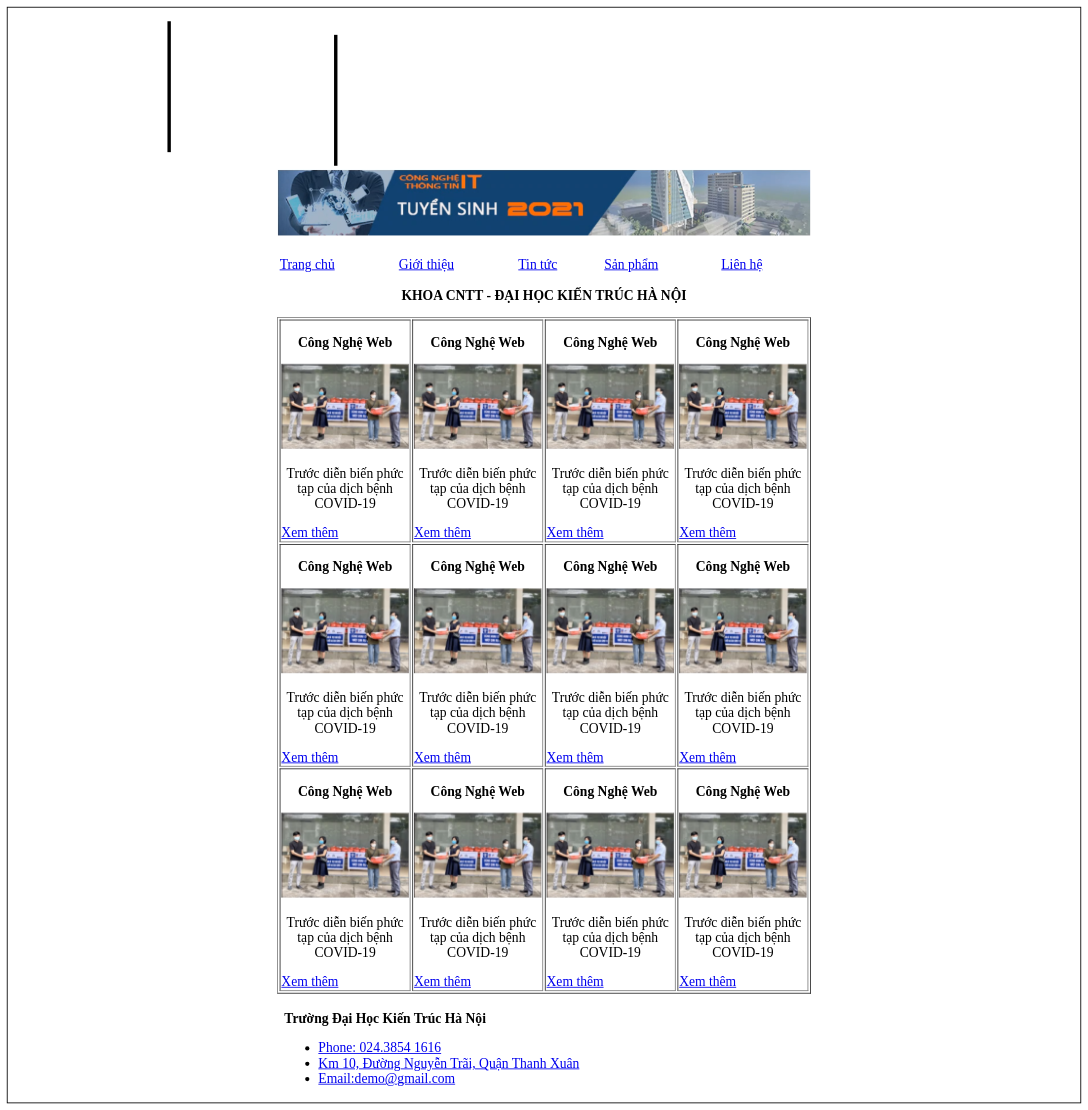
Repository: longtn213/Frond_end_HTML-CSS
Page: Front-End/Demohtml/baitapbuoi2.html
An editor plug-in stored every save of this project. The page is shown before and after the next save, followed by the edit.
The browser window is 1280 px wide. The pictures show the whole page, at 85% of full size.

Above is the page before, as saved 2021-09-09 14:48:09.

After the next save:
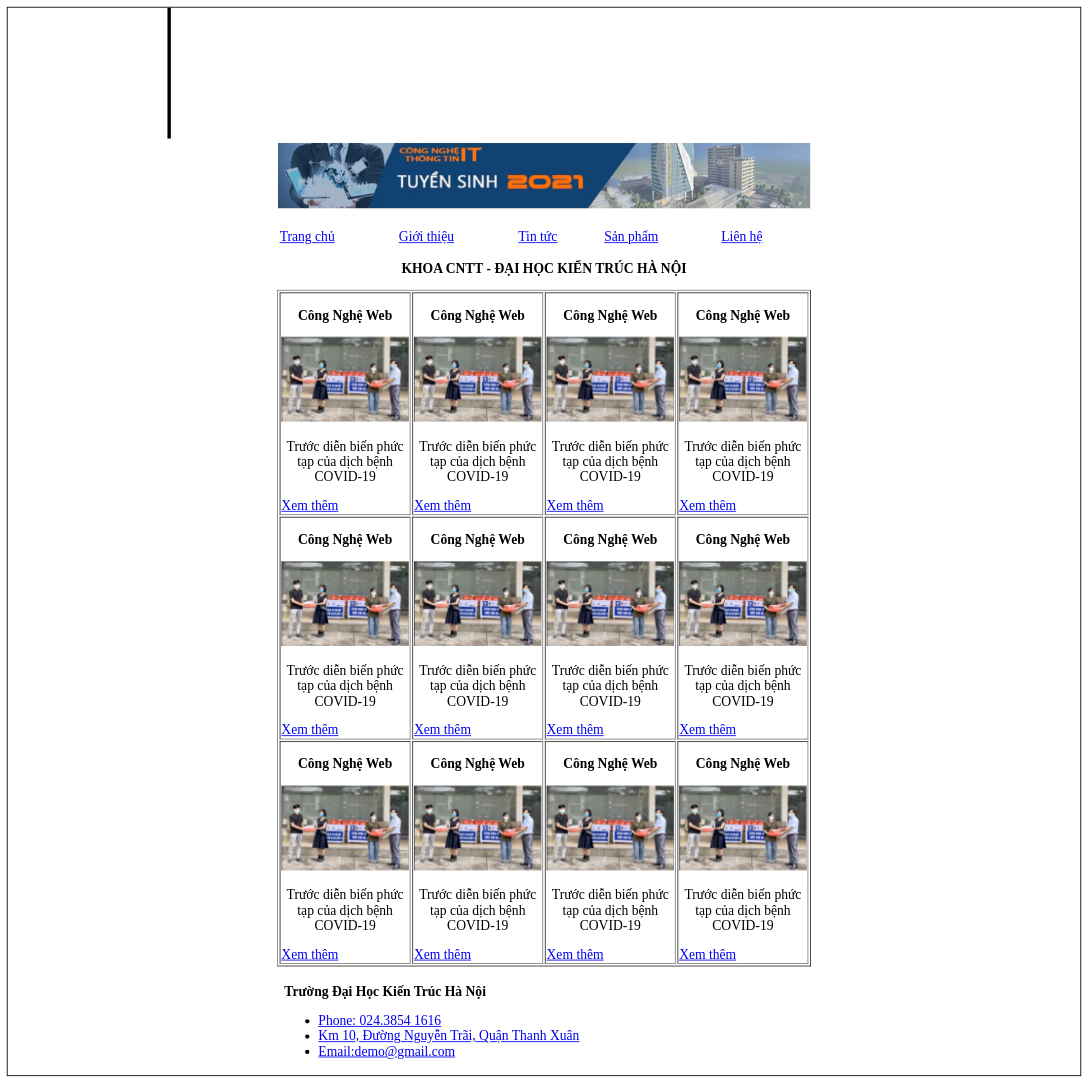
Saved 6 s later.
--- a/Front-End/Demohtml/baitapbuoi2.html
+++ b/Front-End/Demohtml/baitapbuoi2.html
@@ -13,9 +13,7 @@
 </head>
 
 <body style="border: 1px solid #000;">
-	<p class="ngancach" style="display: inline-block; padding-top:150px ; margin-left: 188px;;border: 2px solid #000;">
-
-	</p>
+
 	<table style="display: inline-block; padding-top:150px ; margin-left: 188px;;border: 2px solid #000;">
 
 	</table>
